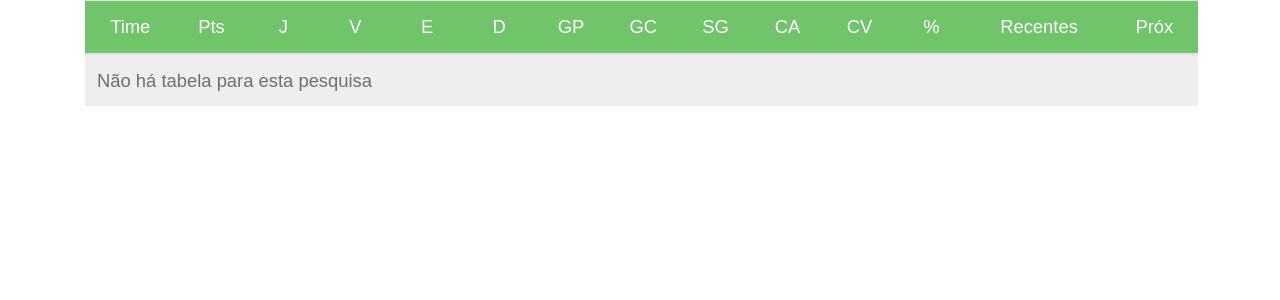
Repository: danielvieira7/campeonato-brasileiro-embed
Page: index.html
These files come from the project's save history. The page is drawn as it stood at one moment and after the next save; the edit follows.
The browser window is 1280 px wide. The pictures show the whole page.
The page's requests for data from a server got no answer. Some web libraries are served in a nearby version.

Above is the page before, as saved 2021-02-12 00:30:39.

After the next save:
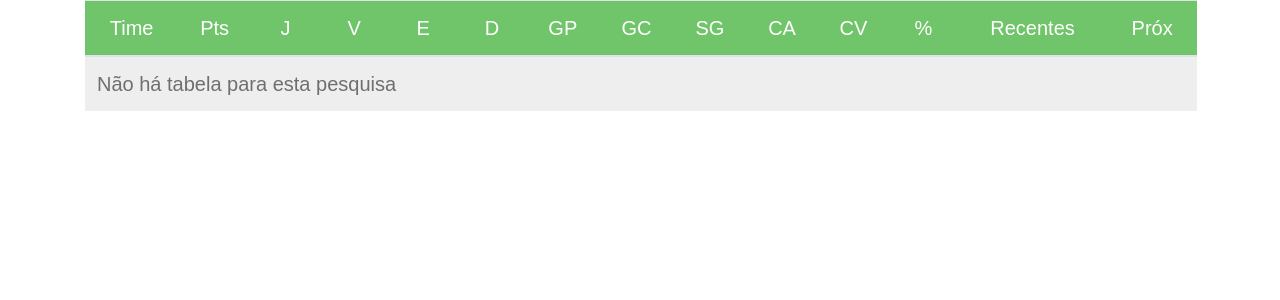
Saved 29 s later.
--- a/style-light-green.css
+++ b/style-light-green.css
@@ -2,7 +2,7 @@
 table {
     font-family: sans-serif;
     -webkit-font-smoothing: antialiased;
-    font-size: 115%;
+    font-size: 20px;
     width: 750px;
 }
 table th {
